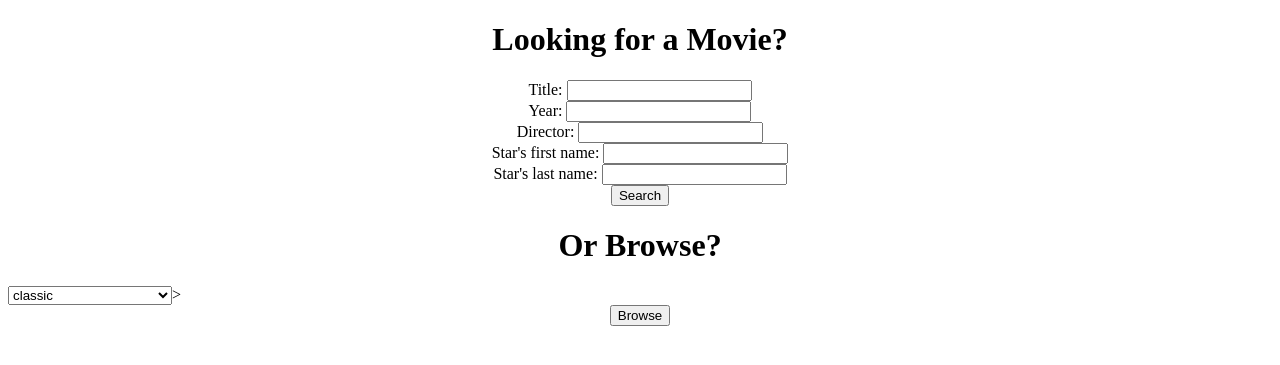
Repository: xzou4/CS221b
Page: fablix/WebContent/main.html
The author's editor kept a copy of each file at every save. The page is drawn from the files as they stood at one save, then again after the next save.
The browser window is 1280 px wide. The pictures show the whole page.

Above is the page before, as saved 2017-02-13 06:18:40.

After the next save:
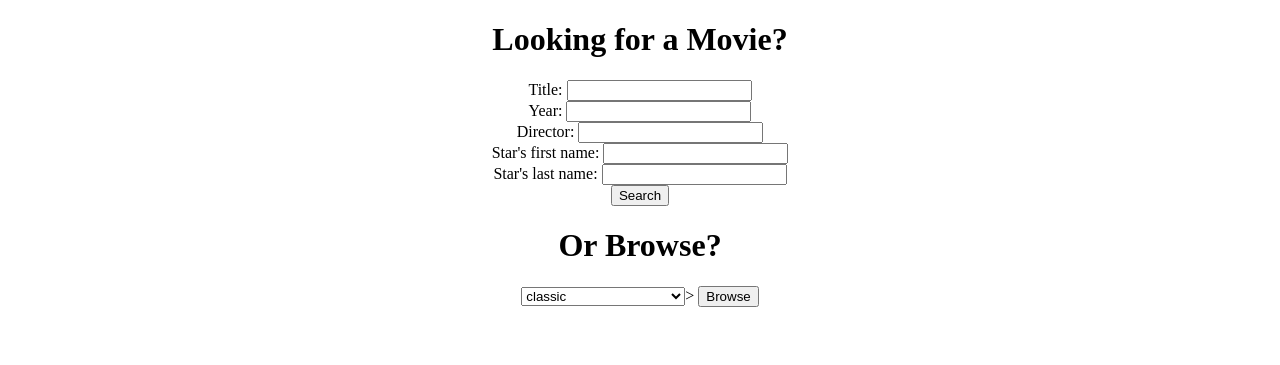
Saved 94 s later.
--- a/fablix/WebContent/main.html
+++ b/fablix/WebContent/main.html
@@ -24,8 +24,10 @@
 </FORM>
 
 <H1 ALIGN="center">Or Browse?</H1>
-
-<select name="genre">
+<FORM ACTION="genrelink"
+      METHOD="POST">
+      <CENTER>
+<select name="param">
 <option value = "48001">classic</option>
 <option value = "48008">advanture</option>
 <option value = "48009">kid</option>
@@ -76,9 +78,7 @@
 <option value = "907008">Romance</option>
 <option value = "907009">Fantasy</option>
 </select>>
-<FORM ACTION="browse"
-      METHOD="POST">
-      <CENTER>
+
 
     <INPUT TYPE="SUBMIT" VALUE="Browse">
   </CENTER>
